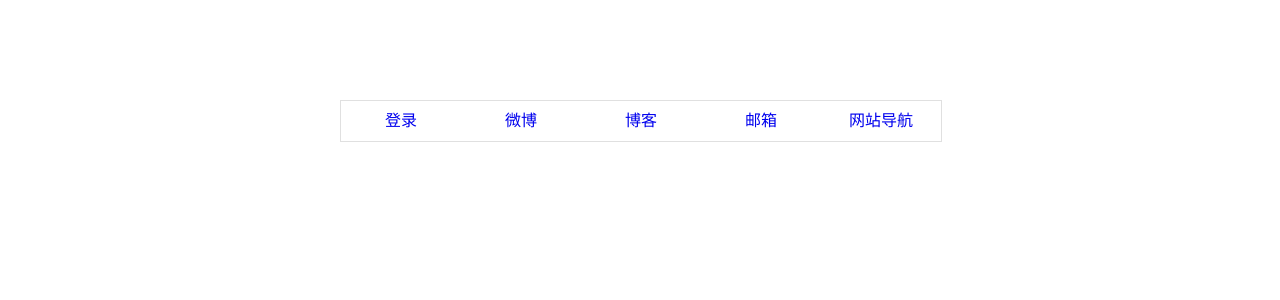
Repository: Sky0258/study
Page: js/新浪下拉框.html
These files come from the project's save history. The page is drawn as it stood at one moment and after the next save; the edit follows.
The browser window is 1280 px wide. The pictures show the whole page.
The pointer rests on the first visible `.tab > ul > li`.

Above is the page before, as saved 2022-09-11 16:20:45.

After the next save:
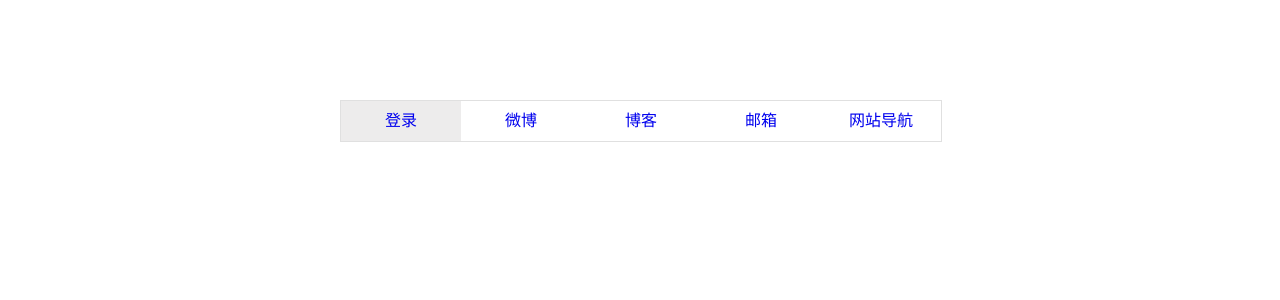
Saved 15 s later.
--- a/js/新浪下拉框.html
+++ b/js/新浪下拉框.html
@@ -35,7 +35,8 @@
         color: black;
     }
     .tab > ul > li:hover {
-        background-color: #;
+        background-color: #edecec;
+        color: ;
     }
     .list ul {
         display: none;
